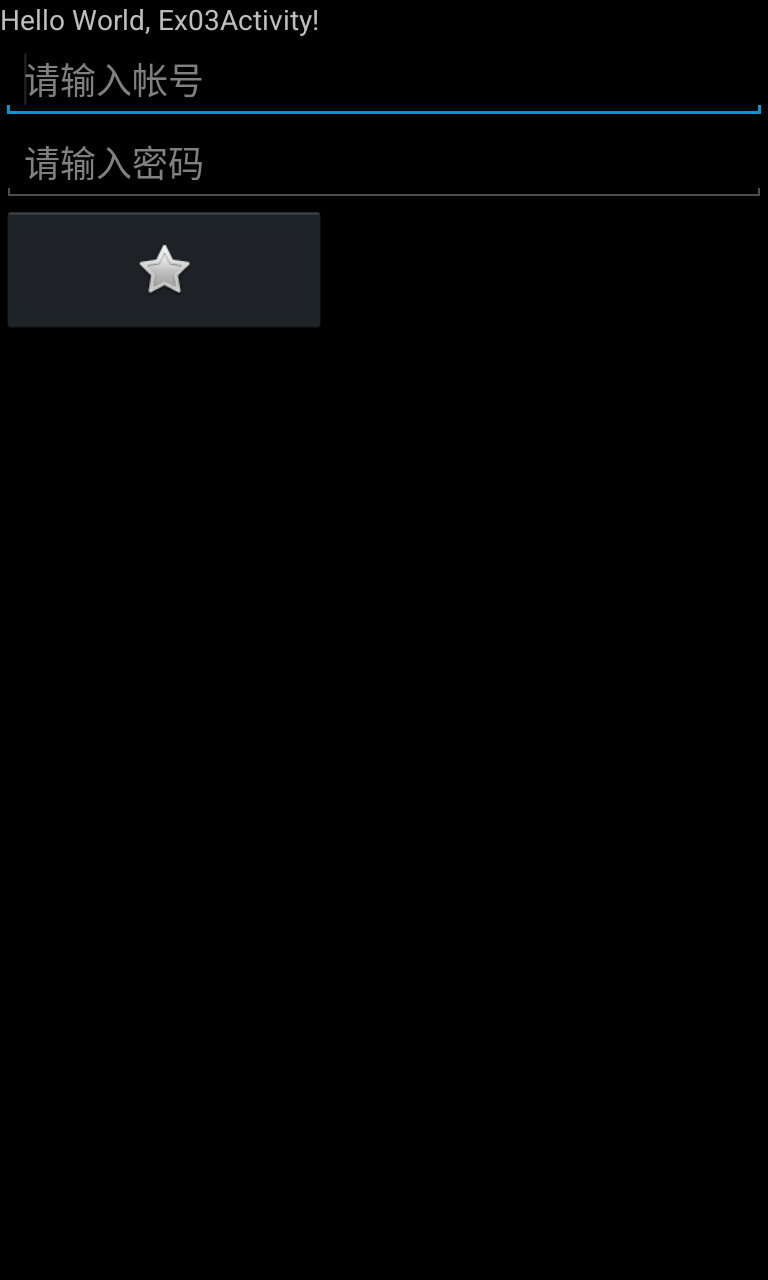
Repository: oldherokingsley/android_homework
Layout: Ex03/res/layout/main.xml
The author's editor kept a copy of each file at every save. The layout is drawn from the files as they stood at one save, then again after the next save.
It is drawn on a 768 x 1280 px phone screen (xhdpi) without system bars, with theme android:Theme.Holo; the app's code is not run.

Above is the layout before, as saved 2012-10-16 09:43:14.

After the next save:
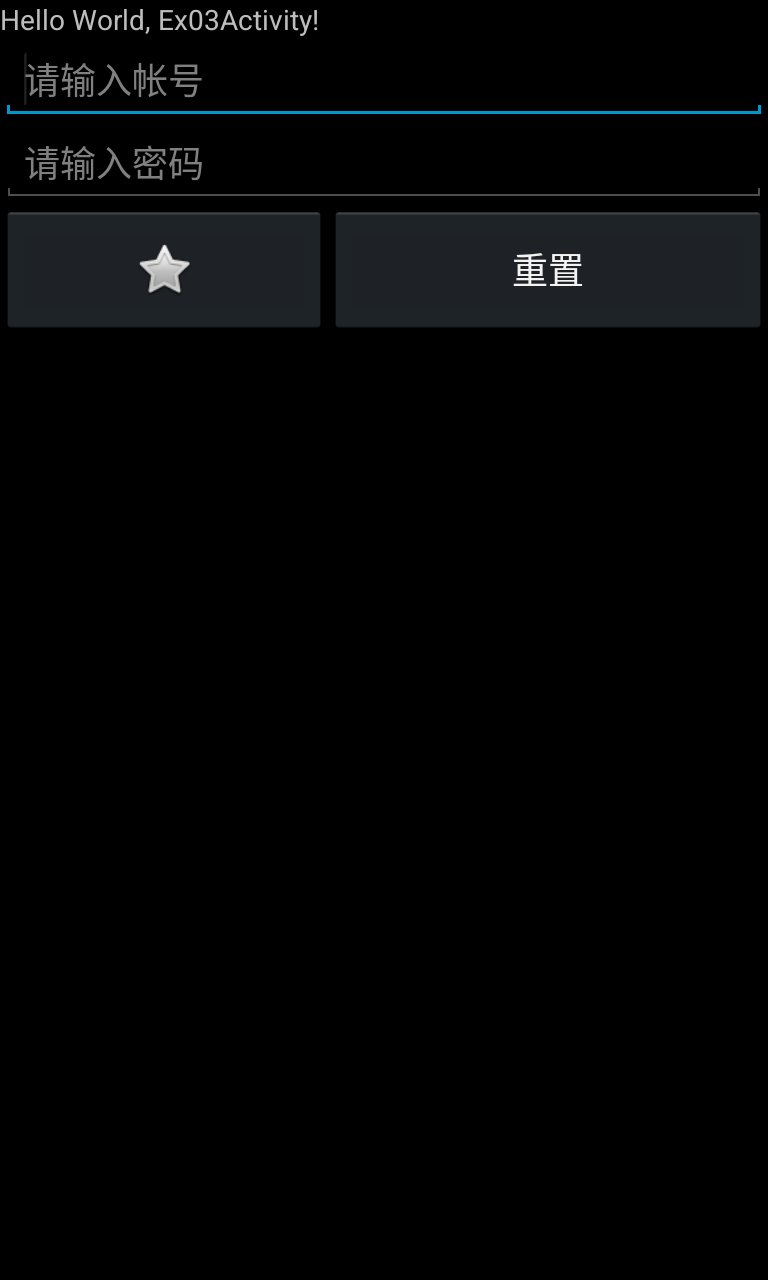
Saved 6 s later.
--- a/Ex03/res/layout/main.xml
+++ b/Ex03/res/layout/main.xml
@@ -43,7 +43,7 @@
         <Button
             android:id="@+id/button2"
             android:layout_width="match_parent"
-            android:layout_height="65pd"
+            android:layout_height="65dp"
             android:text="重置"
             android:onClick="cleanBtnClick"/>
 
